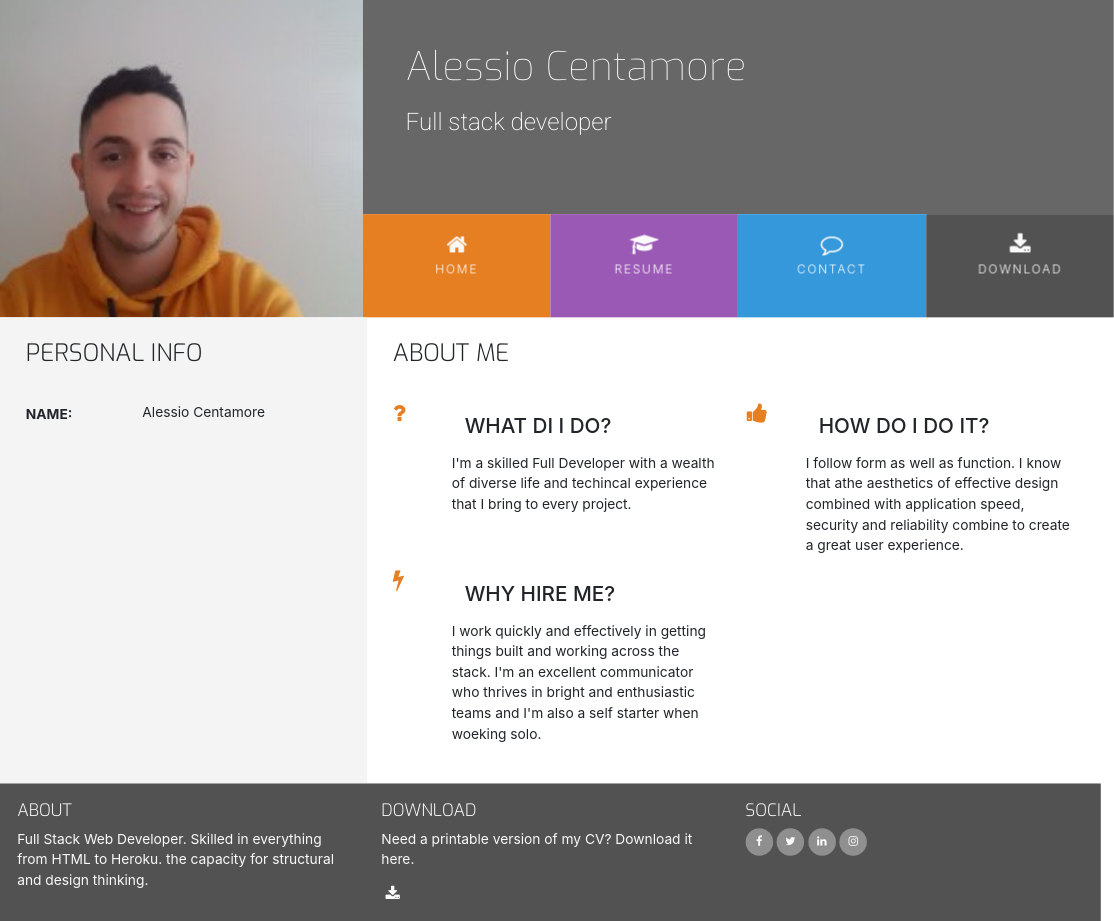
Repository: Baal89/Resume
Page: index.html
The author's editor kept a record of every edit. The page is drawn from the files as they stood at one moment, then again after the next edit.
The browser window is 1280 px wide. The page is 1295 px wide, so the pictures cover 1295 px, including what lies to the right of the window. The pictures show the whole page, at 86% of full size.

Above is the page before.

After the next edit:
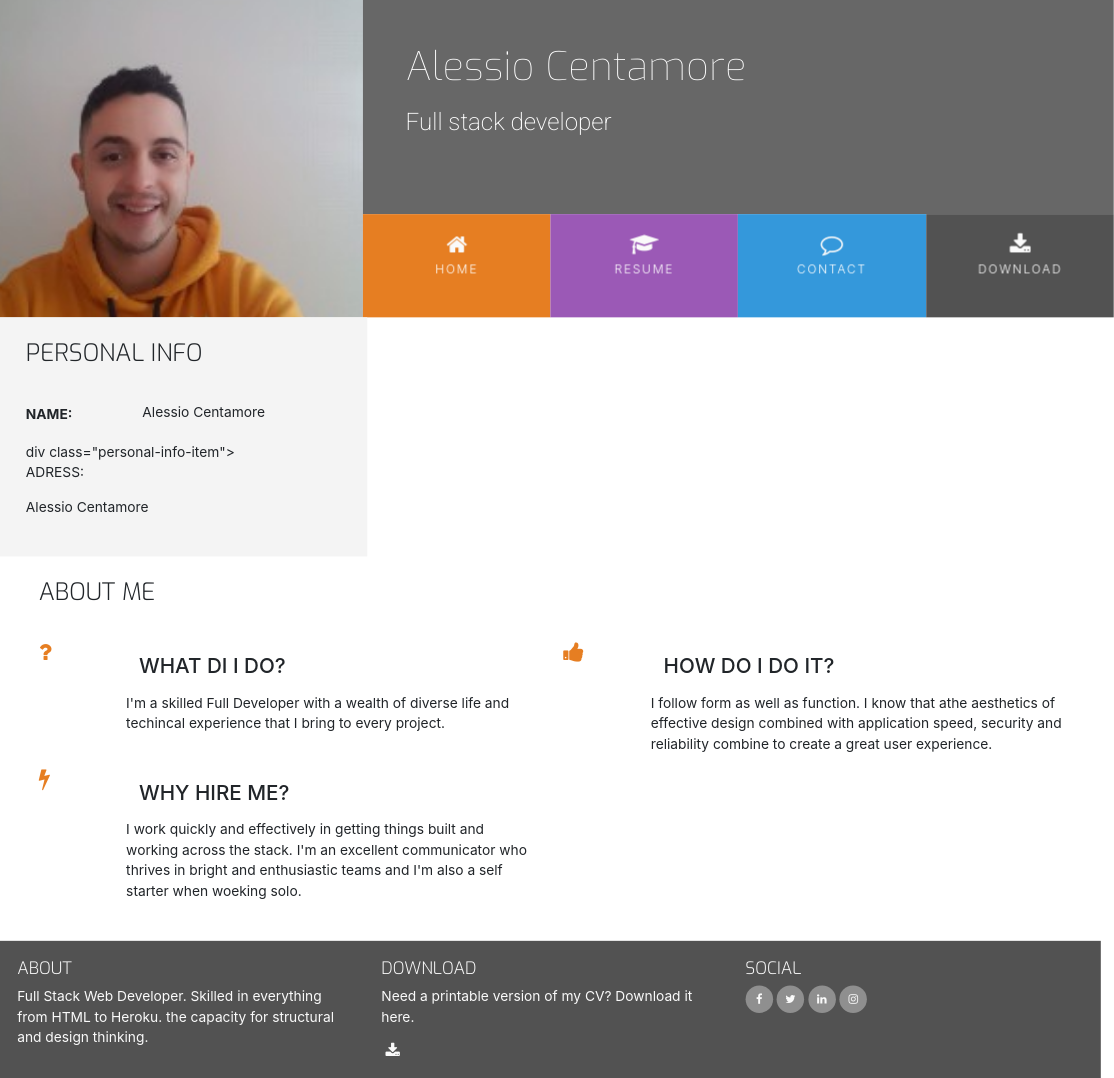
The edit:
--- a/index.html
+++ b/index.html
@@ -60,6 +60,18 @@
                     <div class="key">
                         <p class="uppercase">
                             Name:
+                        </p>
+                    </div>
+                    <div class="value">
+                        <p>
+                            Alessio Centamore
+                        </p>
+                    </div>
+                </div>
+                div class="personal-info-item">
+                    <div class="key">
+                        <p class="uppercase">
+                            Adress:
                         </p>
                     </div>
                     <div class="value">
